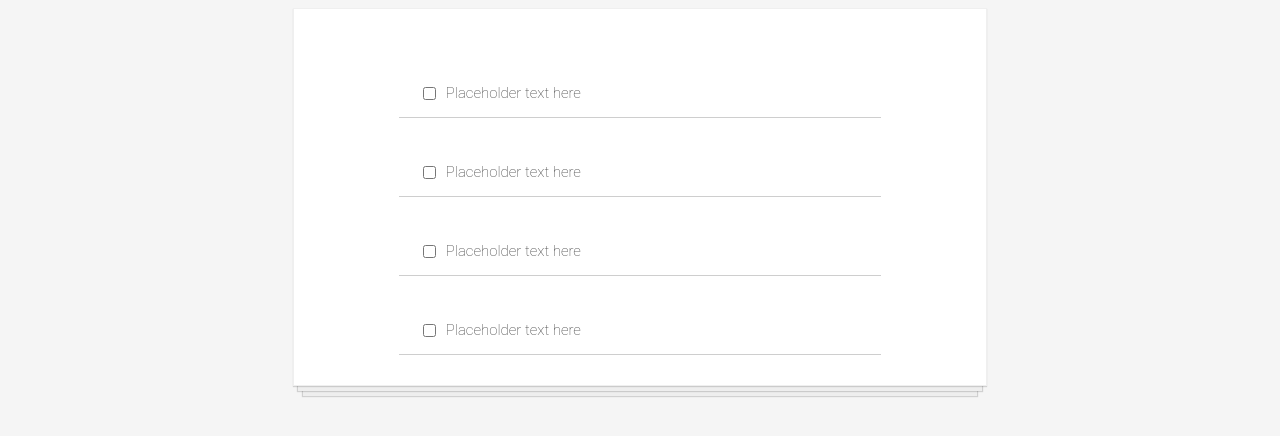
Repository: Bartolomeuss/ReactToDoAPP
Page: / (app in scrimba-to-do-app/)
An editor plug-in stored every save of this project. The page is shown before and after the next save, followed by the edit.
The browser window is 1280 px wide. The pictures show the whole page.
The project was rebuilt for these pictures with package versions that can differ from the ones it lists, and the page was loaded fresh each time.

Above is the page before, as saved 2021-05-17 20:05:58.

### scrimba-to-do-app/src/App.js
import React from "react"
import TodoItem from "./TodoItem"
import todosData from "./todosData"

function App() {
    return (
        <div className="todo-list">
            <TodoItem />
            <TodoItem />
            <TodoItem />
            <TodoItem />
        </div>
    )
}

export default App

### scrimba-to-do-app/src/TodoItem.js
import React from "react"

function TodoItem() {
    return (
        <div className="todo-item">
            <input type="checkbox" />
            <p>Placeholder text here</p>
        </div>
    )
}

export default TodoItem

### scrimba-to-do-app/src/todosData.js
const todosData = [
    {
        id: 1,
        text: "Take out the trash",
        completed: true
    },
    {
        id: 2,
        text: "Grocery shopping",
        completed: false
    },
    {
        id: 3,
        text: "Clean gecko tank",
        completed: false
    },
    {
        id: 4,
        text: "Mow lawn",
        completed: true
    },
    {
        id: 5,
        text: "Catch up on Arrested Development",
        completed: false
    }
]

export default todosData

### scrimba-to-do-app/public/style.css
body {
  background-color: whitesmoke;
}

.todo-list {
  background-color: white;
  margin: auto;
  width: 50%;
  display: flex;
  flex-direction: column;
  align-items: center;
  border: 1px solid #efefef;
  box-shadow:
  /* The top layer shadow */ 0 1px 1px rgba(0, 0, 0, 0.15),
    /* The second layer */ 0 10px 0 -5px #eee,
    /* The second layer shadow */ 0 10px 1px -4px rgba(0, 0, 0, 0.15),
    /* The third layer */ 0 20px 0 -10px #eee,
    /* The third layer shadow */ 0 20px 1px -9px rgba(0, 0, 0, 0.15);
  padding: 30px;
}

.todo-item {
  display: flex;
  justify-content: flex-start;
  align-items: center;
  padding: 30px 20px 0;
  width: 70%;
  border-bottom: 1px solid #cecece;
  font-family: Roboto, sans-serif;
  font-weight: 100;
  font-size: 15px;
  color: #333333;
}

input[type="checkbox"] {
  margin-right: 10px;
  font-size: 30px;
}

input[type="checkbox"]:focus {
  outline: 0;
}

Loaded but not shown: scrimba-to-do-app/public/index.html (common file); scrimba-to-do-app/src/index.js (common file)

After the next save:
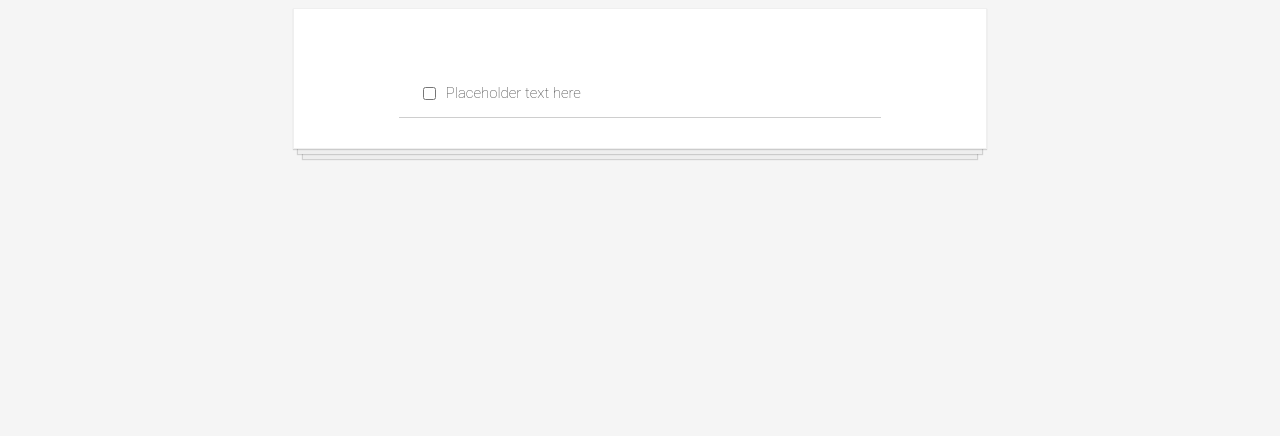
Saved 114 s later.
--- a/scrimba-to-do-app/src/App.js
+++ b/scrimba-to-do-app/src/App.js
@@ -3,12 +3,15 @@ import TodoItem from "./TodoItem"
 import todosData from "./todosData"
 
 function App() {
+const test ={
+  thing: "wash",
+  id: 0
+}
+
     return (
         <div className="todo-list">
-            <TodoItem />
-            <TodoItem />
-            <TodoItem />
-            <TodoItem />
+            <TodoItem test/>
+
         </div>
     )
 }
